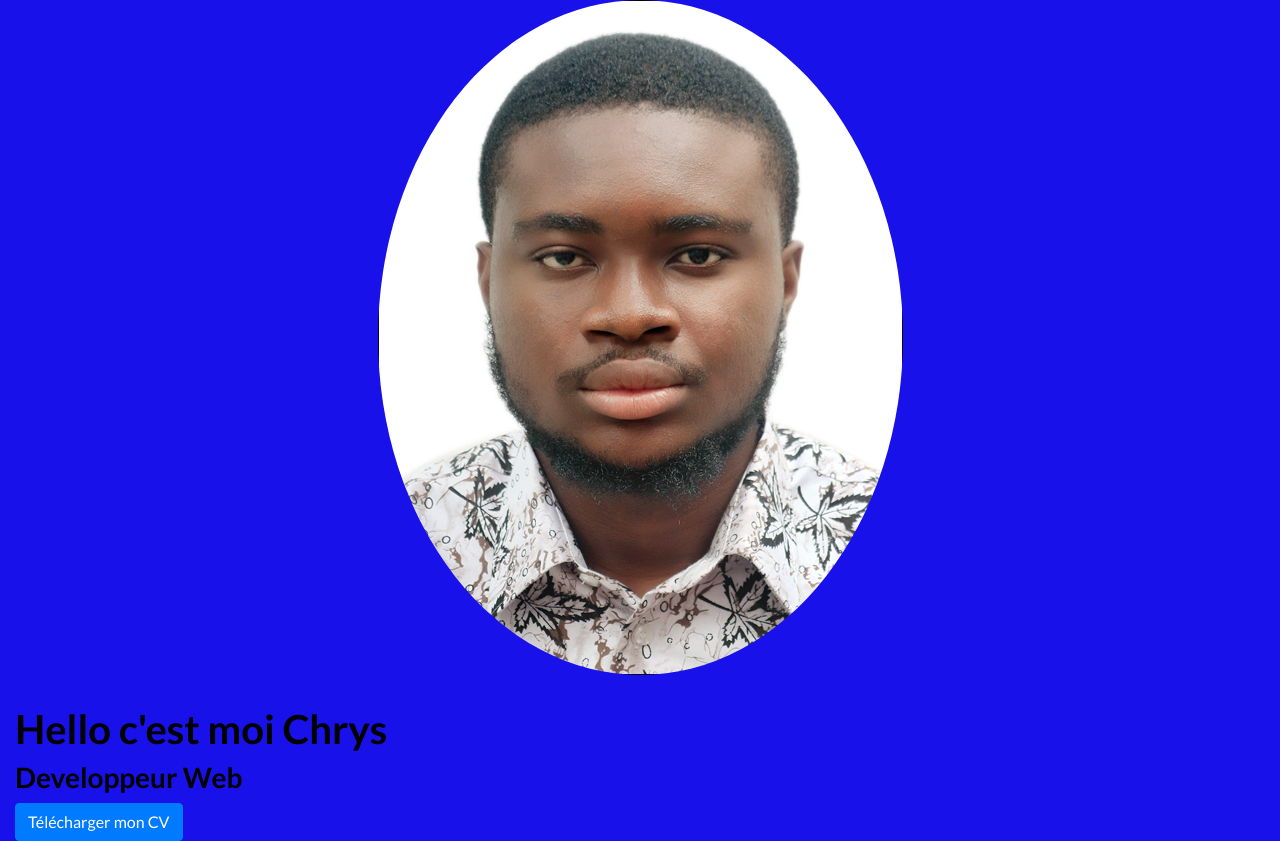
Repository: CHRYSOVR/CV_en_ligne_Interactif
Page: index.html
An editor plug-in stored every save of this project. The page is shown before and after the next save, followed by the edit.
The browser window is 1280 px wide. The pictures show the whole page.

Above is the page before, as saved 2025-07-07 15:00:58.
Console error: TypeError: Cannot read properties of undefined (reading 'fn')

After the next save:
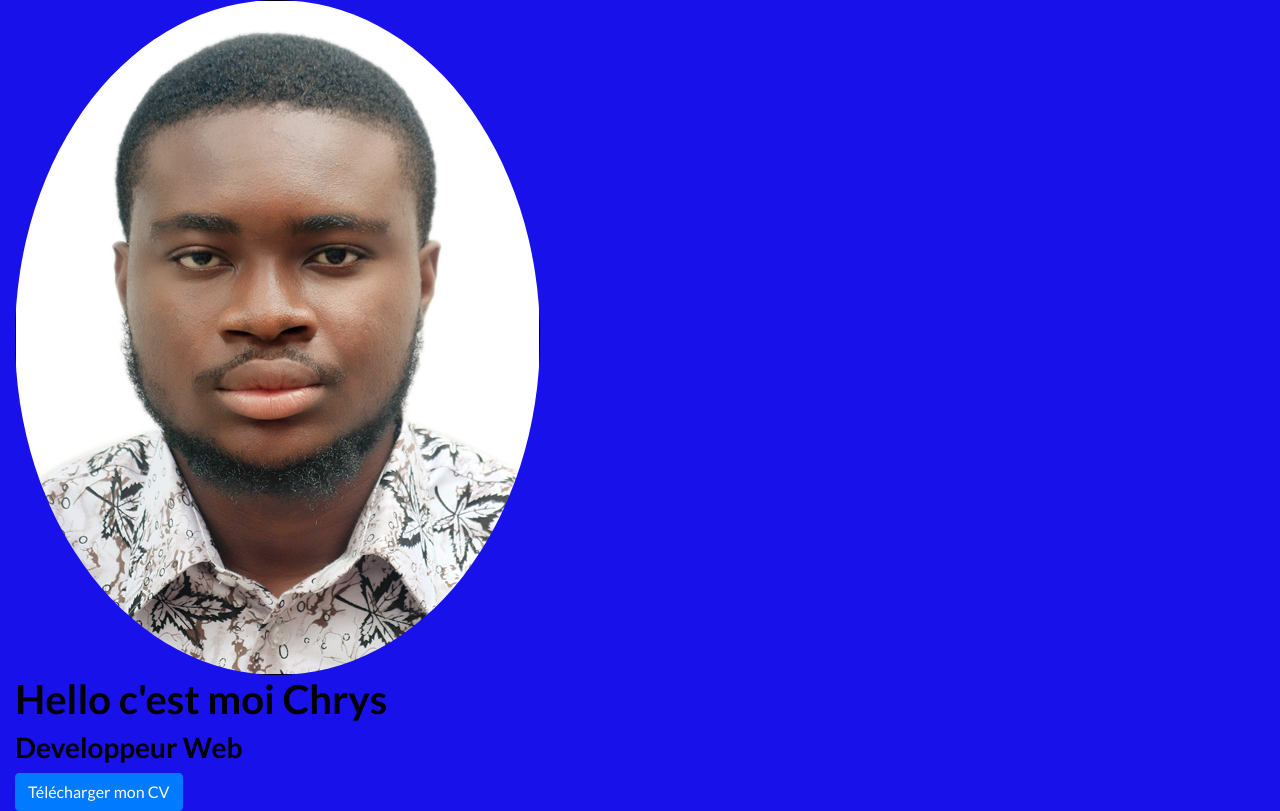
Saved 65 s later.
--- a/index.html
+++ b/index.html
@@ -14,7 +14,7 @@
 </head>
 <body>
   <section id="about" class="container-fluid">
-    <div class="profile-picture"><img src="images/Me.JPG" alt="photo sanne-tia" class="rounded-circle"> </div>
+    <div ><img src="images/Me.JPG" alt="photo sanne-tia" class="rounded-circle"> </div>
         <div><h1>Hello c'est moi Chrys</h1 >
      <h3>Developpeur Web</h3>
      <a href="documents/CV_Sanne-Tia.pdf" class="btn btn-primary" target="_blank">Télécharger mon CV</a>
